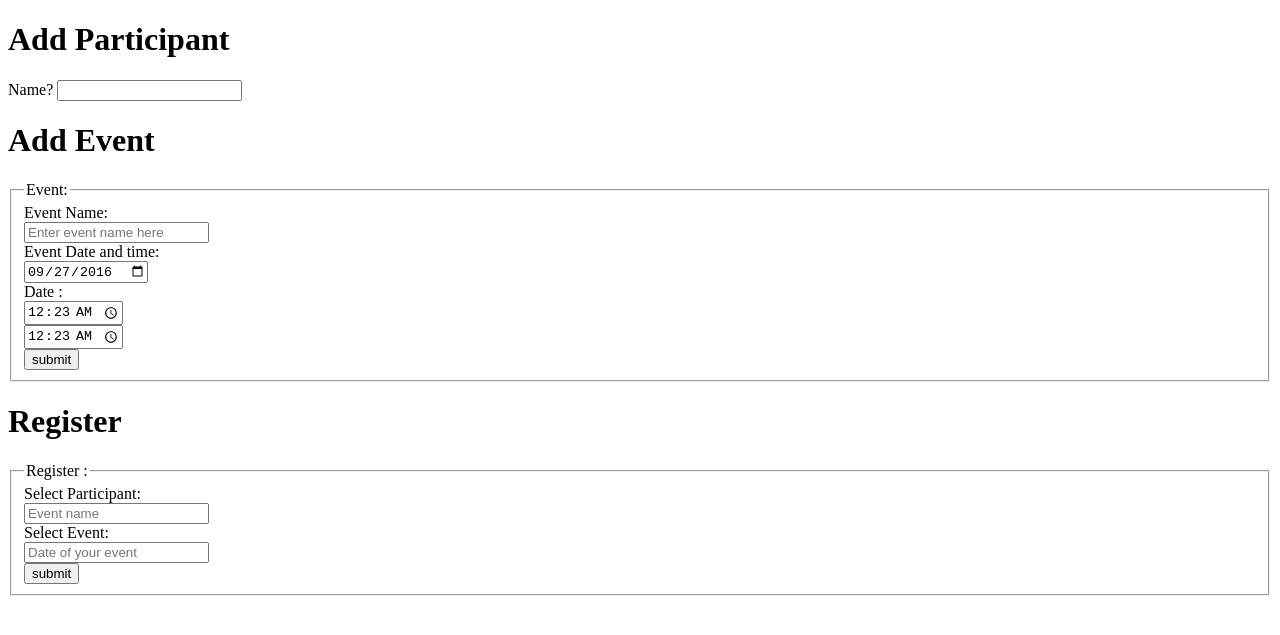
Repository: erickzhao/Event-Registration-Application
Page: http://localhost/
These files come from the project's save history. The page is drawn as it stood at one moment and after the next save; the edit follows.
The browser window is 1280 px wide. The pictures show the whole page.
The page is run by PHP 8.4 with error messages shown; the project is at /var/www/html/.

Above is the page before, as saved 2016-09-28 01:35:08.

### workspace-web/EventRegistration/EventRegistration/index.php
<!DOCTYPE html>
<html>
	<head>
		<meta charset="UTF-8">
		<title> Event Registration </title>
		<style>
			.error {color:#FF0000;}
		</style>
	</head>
	<body>
		<?php
			require_once "model/Participant.php";
			session_start();
		?>
		<h1> Add Participant </h1>
		<form action = "addparticipant.php" method="post"> <!--Insert the php file behind this-->
			<p>Name? <input type="text" name="participant_name" />
		</form>

		<h1>Add Event</h1>
		<form action = ""> <!--Insert the php file behind this-->
			<fieldset>
				<legend>Event:</legend>
				Event Name:<br>
				<input type="text" name="event_name" placeholder="Enter event name here"/><br>
				Event Date and time:<br>
				<input type="date" name="event_date" value="<?php echo date('Y-m-d'); ?>" /><br>
				Date :<br> <!--Add better way to select the date-->
				<input type="time" name="starttime" value="<?php echo date('H:i'); ?>" /> <br>
				<input type="time" name="endtime" value="<?php echo date('H:i'); ?>" /> <br>
				<!-- Also add start/end times-->
				<input type="submit" value="submit">
			</fieldset>
		</form>

		<h1>Register</h1>
		<form action = ""> <!--Insert the php file behind this-->
			<fieldset>
				<legend>Register :</legend>
				Select Participant: <br>
				<!--Select participant/event has to be a drop-down not a text field -->
				<input type="text" name="notHandledLikeThis" placeholder="Event name"><br>
				Select Event: <br> <!--Add better way to select the date-->
				<input type="text" name="notHandledLikeThis" placeholder="Date of your event"><br>
				<input type="submit" value="submit">
			</fieldset>
		</form>

	</body>
</html>

### workspace-web/EventRegistration/EventRegistration/model/Participant.php
<?php
/*PLEASE DO NOT EDIT THIS CODE*/
/*This code was generated using the UMPLE 1.22.0.5146 modeling language!*/

class Participant
{

  //------------------------
  // MEMBER VARIABLES
  //------------------------

  //Participant Attributes
  private $name;

  //------------------------
  // CONSTRUCTOR
  //------------------------

  public function __construct($aName)
  {
    $this->name = $aName;
  }

  //------------------------
  // INTERFACE
  //------------------------

  public function setName($aName)
  {
    $wasSet = false;
    $this->name = $aName;
    $wasSet = true;
    return $wasSet;
  }

  public function getName()
  {
    return $this->name;
  }

  public function equals($compareTo)
  {
    return $this == $compareTo;
  }

  public function delete()
  {}

}
?>

After the next save:
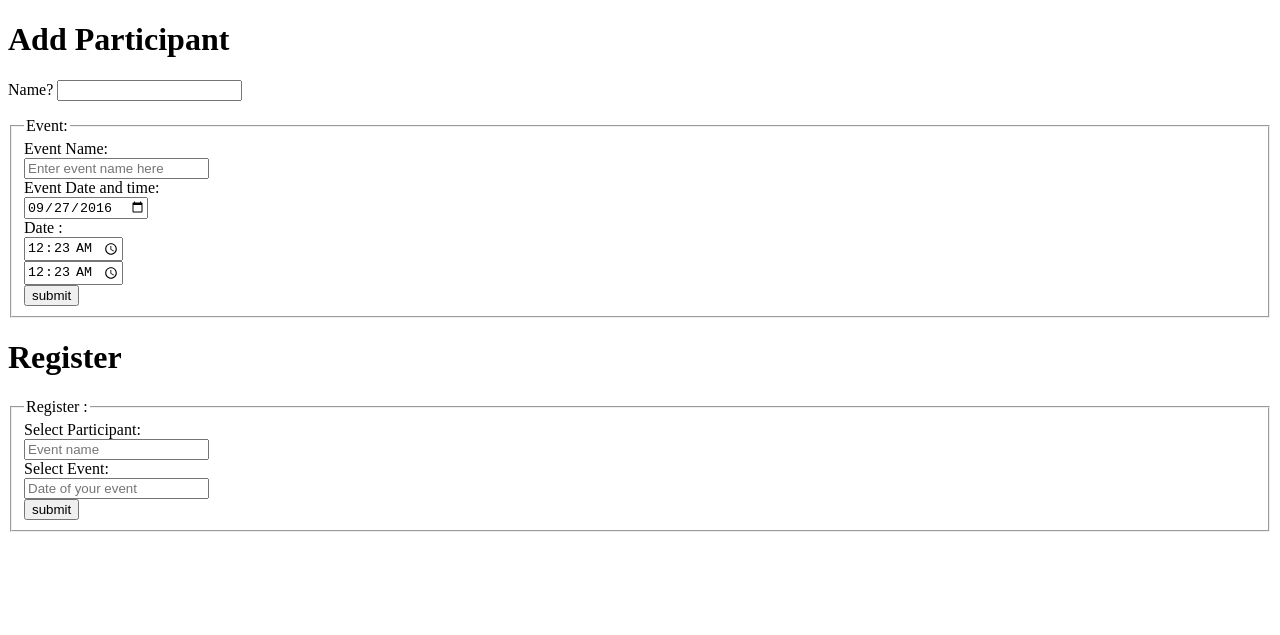
Saved 80 s later.
--- a/workspace-web/EventRegistration/EventRegistration/index.php
+++ b/workspace-web/EventRegistration/EventRegistration/index.php
@@ -15,6 +15,12 @@
 		<h1> Add Participant </h1>
 		<form action = "addparticipant.php" method="post"> <!--Insert the php file behind this-->
 			<p>Name? <input type="text" name="participant_name" />
+			<span class="error>
+			<?php
+			if (isset($_SESSION['errorParticipantName']) && !empty($_SESSION['errorParticipantName'])){
+				echo " * " . $_SESSION["errorParticipantName"];
+			}
+			?>
 		</form>
 
 		<h1>Add Event</h1>

After the 2 saves that followed:
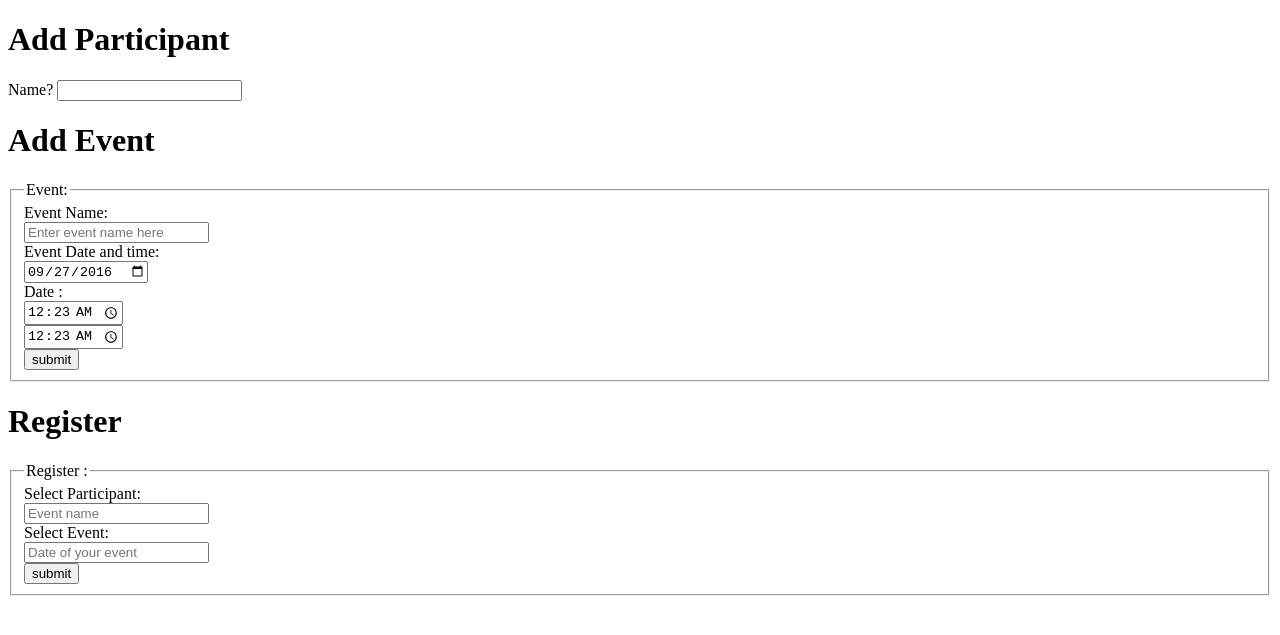
The 2 saves are shown as one change because 1 left the picture as it was.
The last was saved 36 s later.
--- a/workspace-web/EventRegistration/EventRegistration/index.php
+++ b/workspace-web/EventRegistration/EventRegistration/index.php
@@ -15,12 +15,13 @@
 		<h1> Add Participant </h1>
 		<form action = "addparticipant.php" method="post"> <!--Insert the php file behind this-->
 			<p>Name? <input type="text" name="participant_name" />
-			<span class="error>
+			<span class="error">
 			<?php
 			if (isset($_SESSION['errorParticipantName']) && !empty($_SESSION['errorParticipantName'])){
 				echo " * " . $_SESSION["errorParticipantName"];
 			}
 			?>
+			</span></p>
 		</form>
 
 		<h1>Add Event</h1>
